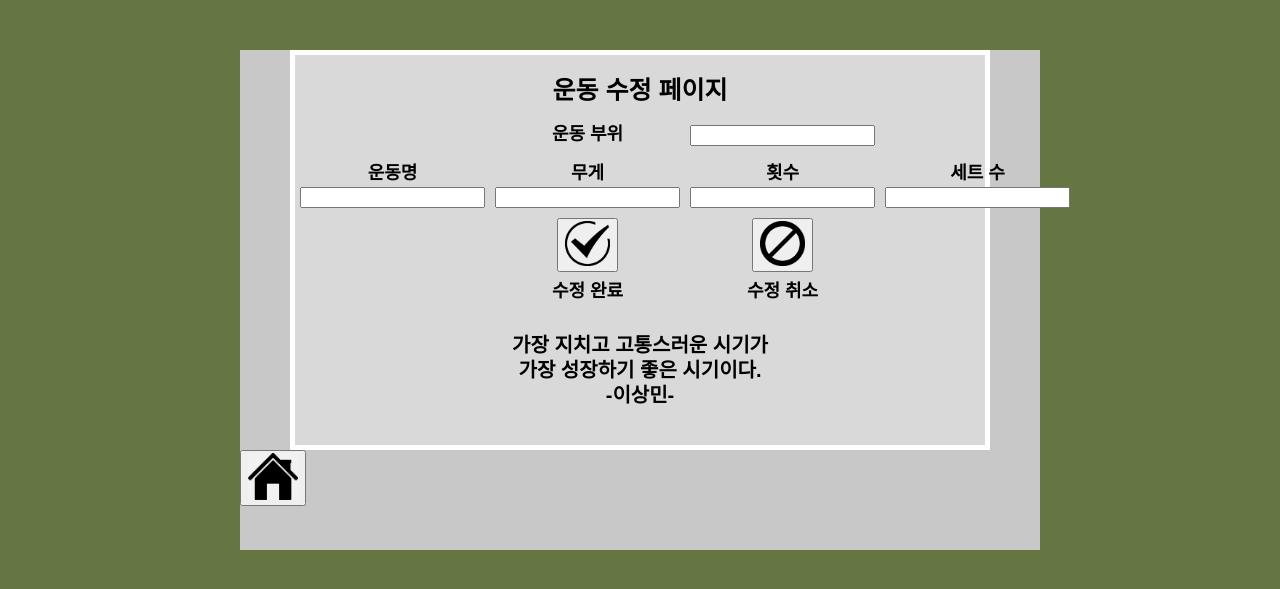
Repository: Up-Min/hrdkorea
Page: http://localhost/jsp_workout/wk_edit.jsp
These files come from the project's save history. The page is drawn as it stood at one moment and after the next save; the edit follows.
The browser window is 1280 px wide. The pictures show the whole page.
The page is served by Tomcat 9. The template is opened directly, without the code that normally fills it, so the values that code supplies are empty.

Above is the page before, as saved 2022-12-31 07:43:50.

After the next save:
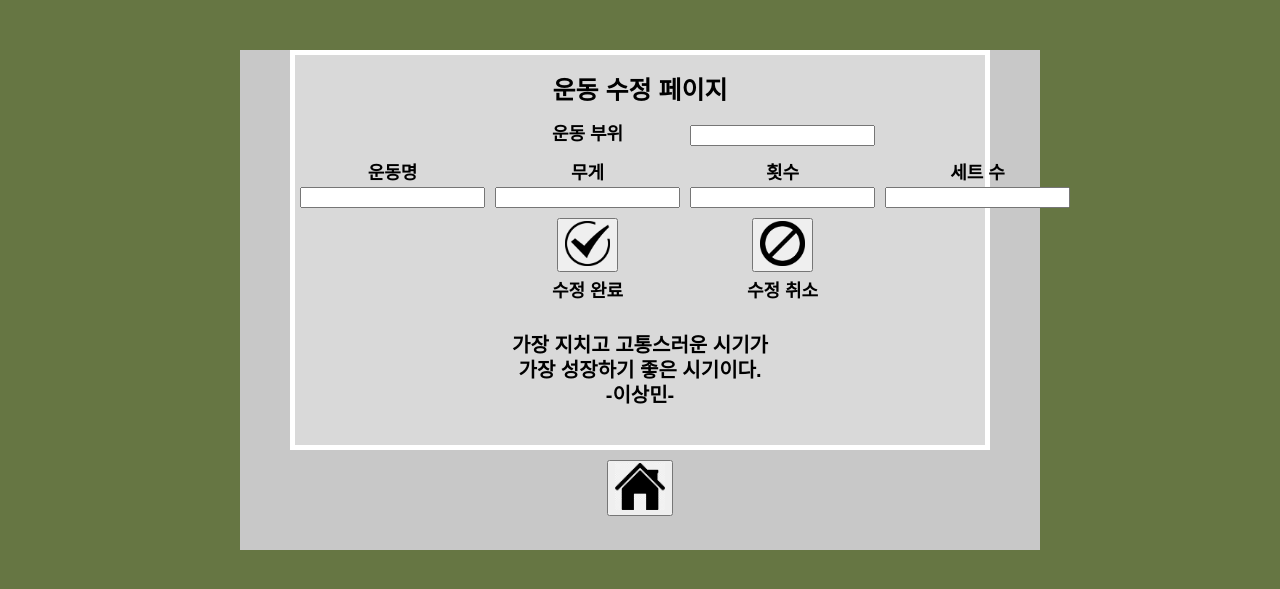
Saved 2 min 2 s later.
--- a/jsp_workout/src/main/webapp/wk_edit.jsp
+++ b/jsp_workout/src/main/webapp/wk_edit.jsp
@@ -68,6 +68,8 @@ p{
 
 .button{
 	margin: 0 auto;
+	text-align: center;
+	margin-top: 10px;
 }
 </style>
 
